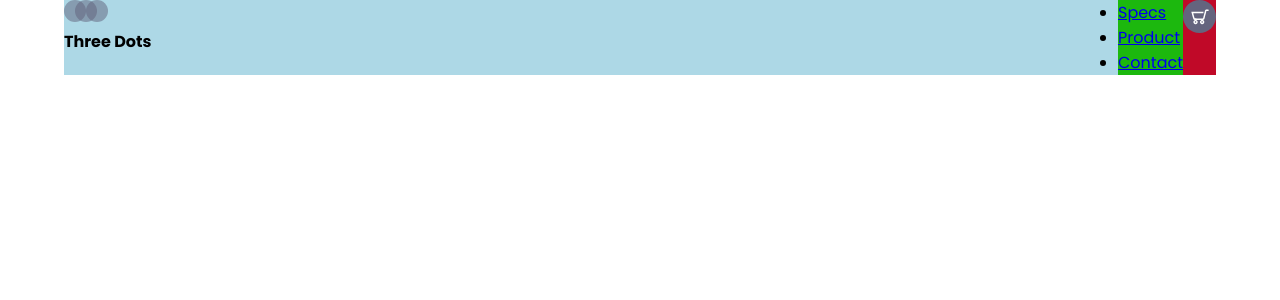
Repository: Sabarivenkatesh22/netlify-laptop-app
Page: index.html
An editor plug-in stored every save of this project. The page is shown before and after the next save, followed by the edit.
The browser window is 1280 px wide. The pictures show the whole page.

Above is the page before, as saved 2024-06-04 08:32:51.

After the next save:
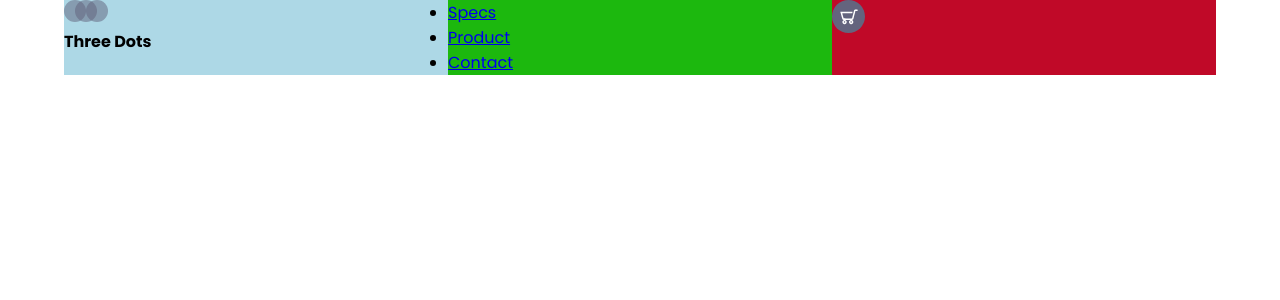
Saved 15 s later.
--- a/style.css
+++ b/style.css
@@ -20,8 +20,10 @@
     background:lightblue ;
 }
 nav{
-    background:rgb(28, 184, 14) ;;
+    background:rgb(28, 184, 14) ;
+    flex: 1;
 }
 .cart{
     background:rgb(192, 9, 40) ;
+    flex: 1;
 }
